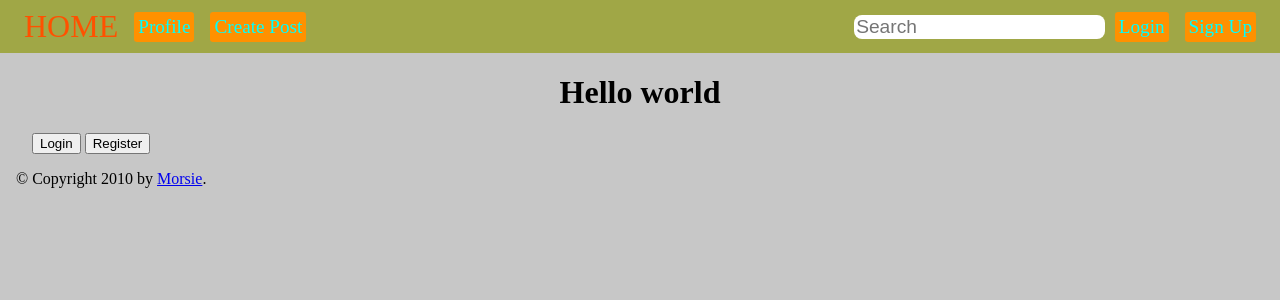
Repository: MorsChen/python-blog
Page: templates/home.html
An editor plug-in stored every save of this project. The page is shown before and after the next save, followed by the edit.
The browser window is 1280 px wide. The pictures show the whole page.
The page is served by the project's application, run on Flask 3 (default.py). The template is opened directly, without the code that normally fills it, so the values that code supplies are empty.

Above is the page before, as saved 2019-09-09 17:09:49.

### templates/home.html
{% extends 'index.html' %}

{% block content %}
<h1 style="text-align:center"> Hello world </h1>

{% if not current_user.is_authenticated %}
{% for post in posts %}
<li> {{post.title}} || {{post.body}} || {{post.users.username}} || {{post.created}} || {{post.updated}}
</li>

{%endfor%}
<button type="button" onclick="window.location.href=`{{url_for('login')}}`"> Login</button>
<button type="button" onclick="window.location.href=`{{url_for('register')}}`"> Register</button>
{% else %}
<h3>{{current_user.username}}</h3>
{% for post in posts %}
<li> <a href="{{url_for('single_post', id = post.id)}}">{{post.title}}</a> || {{post.body}} || {{post.users.username}} || {{post.created}} || {{post.updated}}
    <button type='button' onclick = "window.location.href=`{{url_for('editpost', id = post.id)}}`">Edit Post</button>
    <button type='button' onclick = "window.location.href=`{{url_for('new_comment', id = post.id)}}`">Comment</button>
</li>
{%endfor%}
<button type="button" onclick="window.location.href=`{{url_for('newpost')}}`"> Create New Post</button>
<button type="button" onclick="window.location.href=`{{url_for('profile')}}`"> Profile</button>
<button type="button" onclick="window.location.href=`{{url_for('logout')}}`"> Log Out</button>
{% endif %}
{% endblock %}

### templates/index.html
<!doctype html>
<html id="  ">
  <head>
    {% block head %}
    <link rel="stylesheet" href="{{ url_for('static', filename='style.css') }}">
    <title>{% block title %}{% endblock %} - My Blog Webpage</title>
    {% endblock %}
  </head>
  <body>
      <nav class="NavBar">
        <div class="nav-box-content">
            <div class="nav-box1">
                <a class="a-nav" href="{{url_for('main')}}">HOME</a>
                <a class="btn" href="{{url_for('profile')}}">Profile</a>
                <a class="btn" href="{{url_for('newpost')}}">Create Post</a>
            </div>
            <div class="nav-box2">
                <input class="ip-nav" placeholder="Search" >
                <a class="btn" href="{{url_for('login')}}">Login</a>
                <a class="btn" href="{{url_for('register')}}">Sign Up</a>

            </div>
        </div>
      </nav>

      <div id="content">
          {% with messages = get_flashed_messages(with_categories=true) %}
          <!-- Categories: success (green), info (blue), warning (yellow), danger (red) -->
          {% if messages %}
            {% for category, message in messages %}
              <div class="alert alert-{{ category }} alert-dismissible" role="alert">
              <button type="button" class="close" data-dismiss="alert" aria-label="Close"><span aria-hidden="true">&times;</span></button>
              <!-- <strong>Title</strong> --> {{ message }}
              </div>
            {% endfor %}
          {% endif %}
        {% endwith %}

    <div id="content">{% block content %}{% endblock %}</div>
    <div id="footer">
      {% block footer %}
      &copy; Copyright 2010 by <a href="http://domain.invalid/">Morsie</a>.
      {% endblock %}
    </div>
  </body>
</html>

### default.py
import os
from flask import Flask, request, render_template, redirect, url_for, flash
from flask_migrate import Migrate
from flask_sqlalchemy import SQLAlchemy
from werkzeug.security import generate_password_hash, check_password_hash
from datetime import datetime
from flask_wtf import FlaskForm
from wtforms import StringField, SubmitField, PasswordField
from wtforms.validators import DataRequired, Email, EqualTo, ValidationError, Length
from flask_login import LoginManager, UserMixin, login_user, logout_user, current_user, login_required

#setting
app = Flask(__name__)
db = SQLAlchemy(app)
app.config['SECRET_KEY']="SUPERSECRET"

migrate = Migrate(app,db)

login_manager = LoginManager(app)
login_manager.init_app(app)
login_manager.login_view = 'login'


#setting connection
POSTGRES = {
    'user': "khoa",
    'pw': "zzz",
    'db': 'bloghehe',
    'host': "localhost",
    'port': 5432,
}
app.config['SQLALCHEMY_DATABASE_URI'] = 'postgresql://%(user)s:%(pw)s@%(host)s:\
%(port)s/%(db)s' % POSTGRES







#define models

class Users(UserMixin, db.Model):
  id = db.Column(db.Integer, primary_key=True)
  username = db.Column(db.String, nullable=False, unique=True)
  email = db.Column(db.String, nullable=False, unique=True)
  password = db.Column(db.String, nullable=False)
  posts = db.relationship("Posts", backref="users", lazy="dynamic")
  comments = db.relationship("Comments", backref="users", lazy="dynamic")

  def set_pass(self,passw):
    self.password =  generate_password_hash(passw)
  def check_pass(self,passw):
    return check_password_hash(self.password,passw)

class Posts(db.Model):
  id = db.Column(db.Integer, primary_key=True)
  title = db.Column(db.String, nullable=False)
  body = db.Column(db.String, nullable=False)
  created = db.Column(db.DateTime, nullable=False)
  updated = db.Column(db.DateTime)
  author =  db.Column(db.Integer, db.ForeignKey('users.id'), nullable=False)
  comments = db.relationship('Comments', backref="posts", lazy="dynamic")

class Comments(db.Model):
  id = db.Column(db.Integer, primary_key=True)
  body = db.Column(db.String, nullable=False)
  created = db.Column(db.DateTime, nullable=False)
  updated = db.Column(db.DateTime)
  author =  db.Column(db.Integer, db.ForeignKey('users.id'), nullable=False)
  post = db.Column(db.Integer, db.ForeignKey('posts.id'), nullable=False)

db.create_all()


@login_manager.user_loader
def load_user(user_id):
    return Users.query.get(user_id)



#define forms
class Register(FlaskForm):
  username = StringField("User Name", validators=[DataRequired("Please input your username"), Length(min=3, max=20, message="username must have at least 3 char and max 20 chars")])
  email = StringField("Email address", validators=[DataRequired(), Email("Please input an appropriate email address")])
  password = StringField("Password", validators=[DataRequired(), EqualTo("confirm")])
  confirm = StringField("Password", validators=[DataRequired()])
  submit = SubmitField("Register")

  def validate_username(self, field):
        if Users.query.filter_by(username=field.data).first() :
            raise ValidationError("Your username has been registered!!")
  def validate_email(self, field):
        if Users.query.filter_by(email=field.data).first() :
            raise ValidationError("Your email has been registered!!")


class Login(FlaskForm):
  email = StringField("Email address", validators=[DataRequired(), Email("Please input an appropriate email address")])
  password = PasswordField("Password", validators=[DataRequired()])
  submit = SubmitField("Login")

class NewPost(FlaskForm):
  title = StringField("Blog Title", validators=[DataRequired(), Length(min=3,max=255, message="min 3, max 255")])
  body = StringField("Content", validators=[DataRequired(), Length(min=3,max=10000, message="min 3, max 10000")])
  submit = SubmitField("Post")

class New_comment(FlaskForm):
  body = StringField("Comment content", validators=[DataRequired(), Length(min=3, max=1000, message="min 3, max 1000")])
  submit = SubmitField("Comment")

@app.route('/register', methods=['post','get'])
def register():
  form = Register()

  if request.method=="POST":
    if form.validate_on_submit():
      new_user = Users(username = form.username.data,
                        email = form.email.data,
                        )
      new_user.set_pass(form.password.data)
      db.session.add(new_user)
      db.session.commit()
      return redirect(url_for("home"))
    else:
      for field_name, errors in form.errors.items():
          flash(errors)
      return redirect((url_for('register')))
  return render_template('register.html', form = form)

@app.route('/login', methods=['post','get'])
def login():
  form = Login()
  if request.method == 'POST':
    check = Users.query.filter_by(email=form.email.data).first()
    if check :
      if check.check_pass(form.password.data):
        login_user(check)
        return redirect(url_for("home"))
    else:
      flash(["email address not exist"])
      return redirect(url_for('register'))
  return render_template('login.html', form = form)

@app.route('/logout')
@login_required
def logout():
  logout_user()
  return redirect(url_for('login'))

@app.route('/')
def home():
  posts = Posts.query.all()
  return render_template('index.html', posts = posts)


@app.route('/newpost', methods=['post', 'get'])
@login_required
def newpost():
  form = NewPost()
  if request.method == 'POST':
    new_post = Posts(title=form.title.data,
                    body=form.body.data,
                    created = datetime.now())
    current_user.posts.append(new_post)
    db.session.add(new_post)
    db.session.commit()
    return "ok"
  return render_template('newpost.html', form=form)

@app.route('/editpost/<id>', methods=['post','get'])
@login_required
def edit_post(id):
  form = NewPost()
  post = Posts.query.filter_by(id=id, author = current_user.id).first()
  if not post:
    flash([["you are not allowed to edit this post"]])
    return redirect(url_for("home"))
  else:
    if request.method == 'POST':
      post.title = form.title.data
      post.body = form.body.data
      post.updated = datetime.now()
      db.session.commit()
      return "ok"
      # return redirect(url_for('post'))
  return render_template('editpost.html', form = form )

@app.route('/delete_post/<id>', methods=['get'])
@login_required
def delete_post(id):
  post = Posts.query.filter_by(id=id, author=current_user.id).first()
  if post:
    db.session.delete(post)
    db.session.commit()
  else:
    flash(['You are not allowed to delete this post'])
  return redirect(url_for('home'))

@app.route('/single_post/<id>', methods=['get'])
def single_post(id):
  post = Posts.query.filter_by(id=id).first()  # 1 item
  comments = post.comments.all()  # a list
  return render_template('single_post.html', post = post, comments = comments)


@app.route('/posts/<id>/comments', methods=['POST','GET'])
def new_comment(id):
  form = New_comment()
  if request.method == 'POST':
    if form.validate_on_submit():
      post = Posts.query.filter_by(id=id).first()
      c = Comments(body=form.body.data,
                    created = datetime.now(),
                    # author = current_user.id,
                    )
      current_user.comments.append(c) # autho
      post.comments.append(c)      # post
      db.session.add(c)
      db.session.commit()
      return redirect(url_for('single_post', id=id))
    else:
      for field_name, errors in form.errors.items():
          flash(errors)
      return redirect((url_for('new_comment')))
  return render_template('new_comment.html', form = form)



@app.route('/khoa', methods=['get','options',"DELETE"])
def khoa():
  if request.method == "DELETE":
    return "KHOA IS COOL"
  return "NOPE"


if __name__ == "__main__":
  app.run(debug=True, port=5001)

### static/style.css
body{
    background-color: rgb(199, 199, 199);
    margin: 0;
}

.NavBar {
 background-color: rgb(255, 208, 0);
}

.nav-box-content{
    display: flex;
    position: sticky;
    /* margin: 0.5rem; */
    justify-content: space-between;
    top: 0;
    padding: 0 1rem 0 1rem;
    text-align: center;
    align-items: center;
    align-content: center;
    background-color: rgba(70, 128, 136, 0.514);
    /* opacity: 0.5; */
    font-size: 3rem;
}

.nav-box1 {
    display: flex;
    text-align: center;
    align-items: center;
    align-content: center;
}

.nav-box2 {
    display: flex;
    text-align: center;
    align-items: center;
    align-content: center;
}

.a-nav {
    text-decoration: none;
    font-size: 2rem;
    color: rgb(255, 81, 0);
    margin: 0.5rem;
}

.ip-nav{
    border: none;
    font-size: 1.2rem;
    border-radius: 0.5rem;
    text-justify: center;
    margin: 0.1rem;
    padding:0,1rem;
    text-align: left;
}

.btn {
    border: none;
    text-decoration: none;
    border-radius: 0.2rem;
    background-color: rgb(255, 145, 0);
    text-align: center;
    text-justify: center;
    padding: 0.25rem;
    margin: 0.5rem;
    color: aqua;
    font-size: 1.2rem;
}

#content {
    margin: 1rem;
}

After the next save:
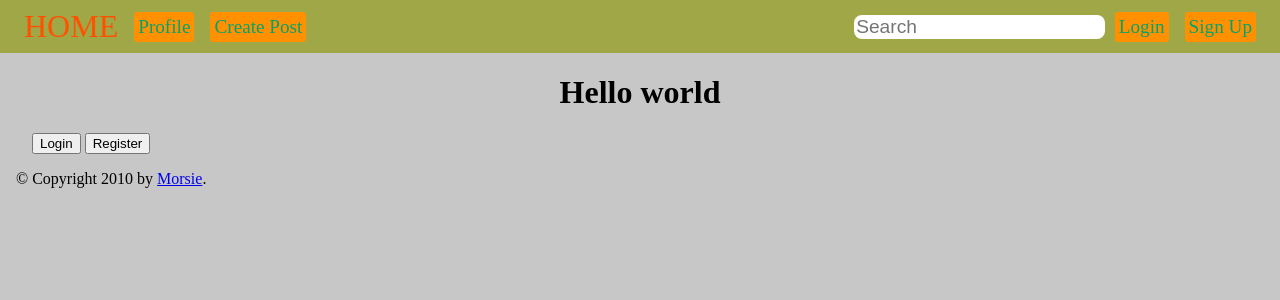
Saved 12 s later.
--- a/static/style.css
+++ b/static/style.css
@@ -62,7 +62,7 @@ body{
     text-justify: center;
     padding: 0.25rem;
     margin: 0.5rem;
-    color: aqua;
+    color: rgb(0, 163, 114);
     font-size: 1.2rem;
 }
 
